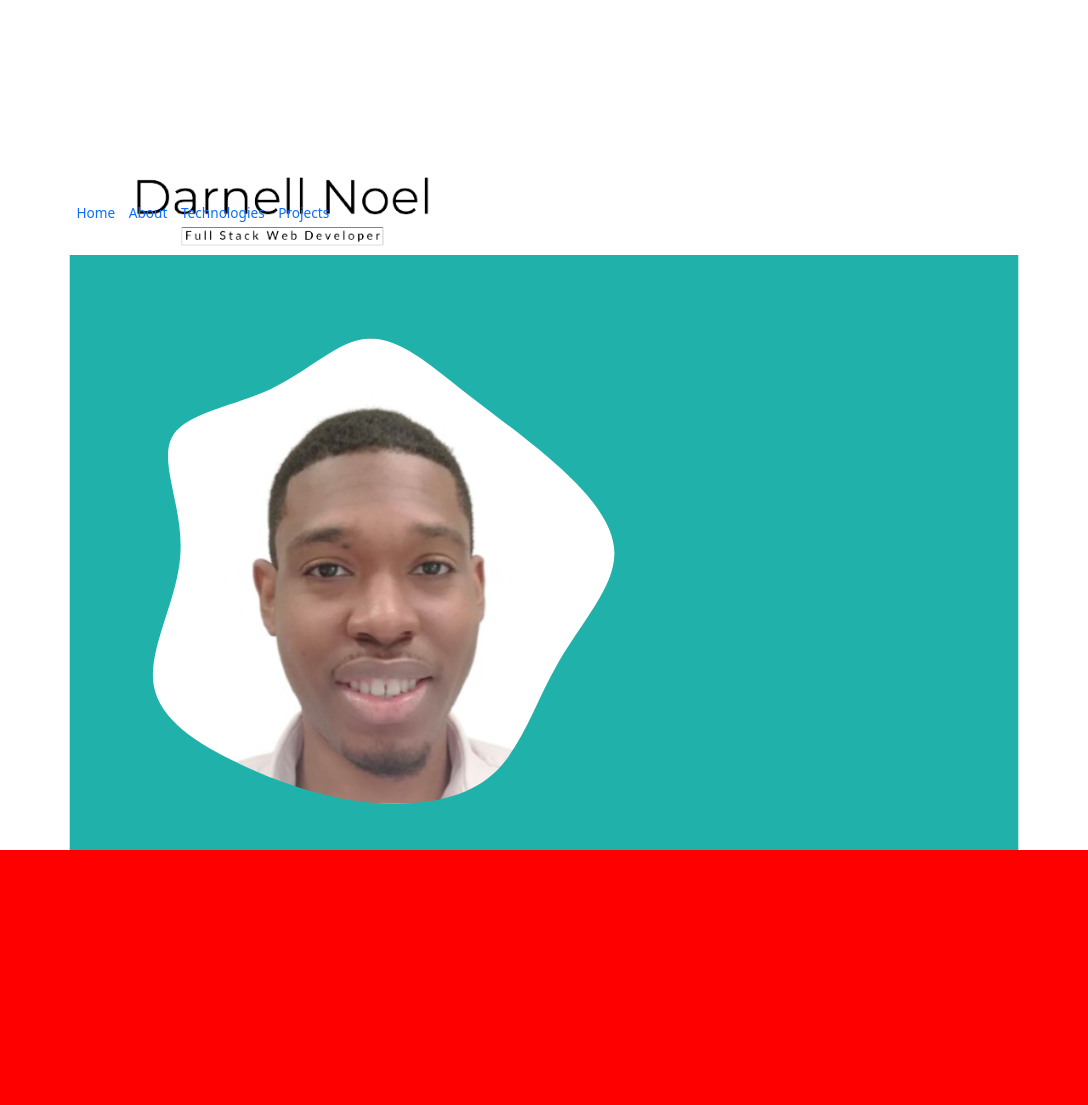
Repository: DNoel26/My_Dev_Portfolio
Page: index.html
An editor plug-in stored every save of this project. The page is shown before and after the next save, followed by the edit.
The browser window is 1280 px wide. The pictures show the whole page, at 85% of full size.

Above is the page before, as saved 2021-01-28 18:38:23.

After the next save:
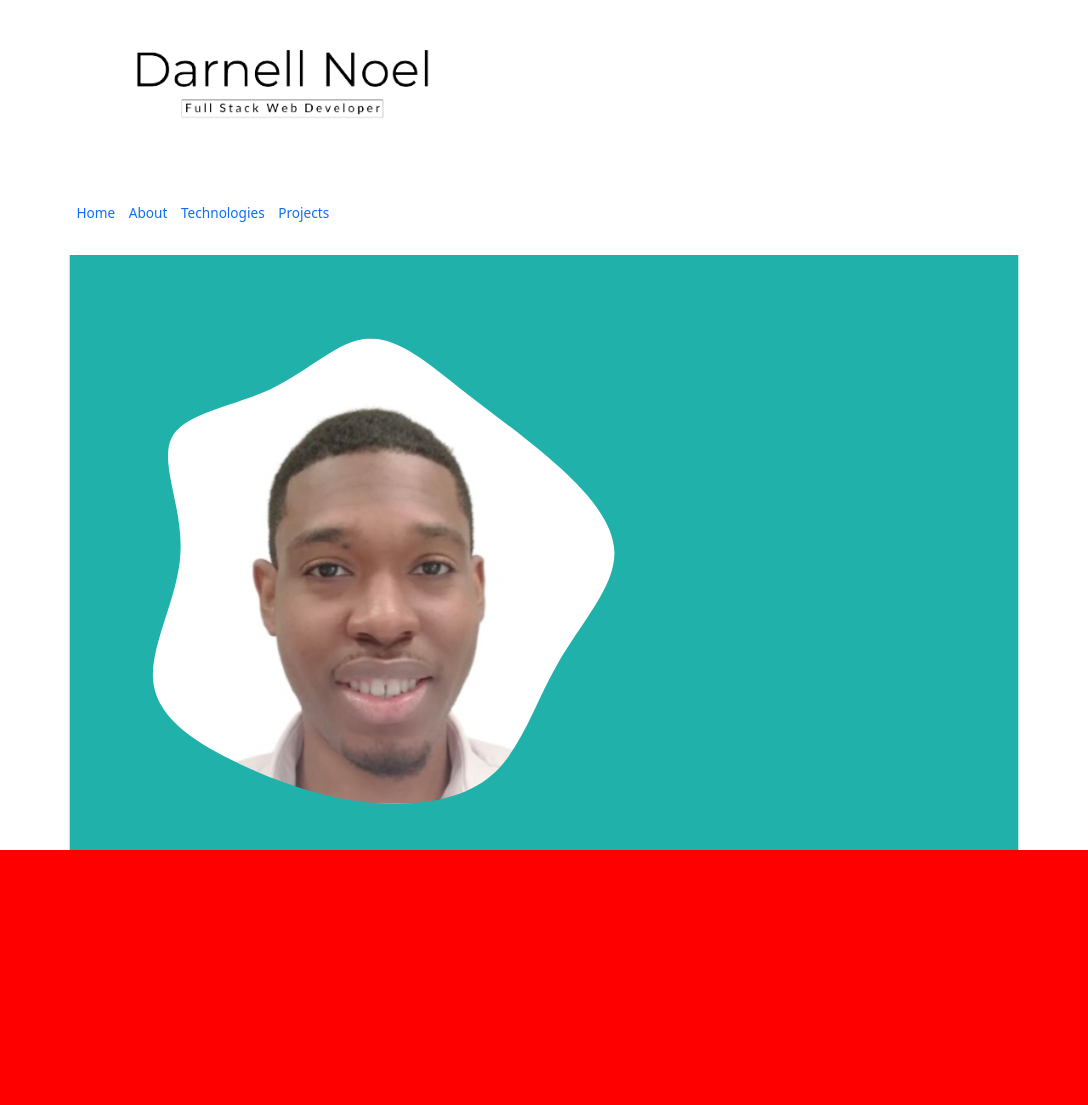
Saved 27 s later.
--- a/index.html
+++ b/index.html
@@ -10,7 +10,7 @@
 <body>
     <header>
         <div class="container">
-            <nav class="">
+            <nav class="navbar navbar-expand-md">
                 <!--Logo-->
                 <a href="/" class="navbar-brand"><img src="/img/Darnell Noel-logos_black_no_bg.png" alt="Darnell Noel's Full Stack Web Development Logo for his portfolio" class="img-fluid logo"></a>
             </nav>
